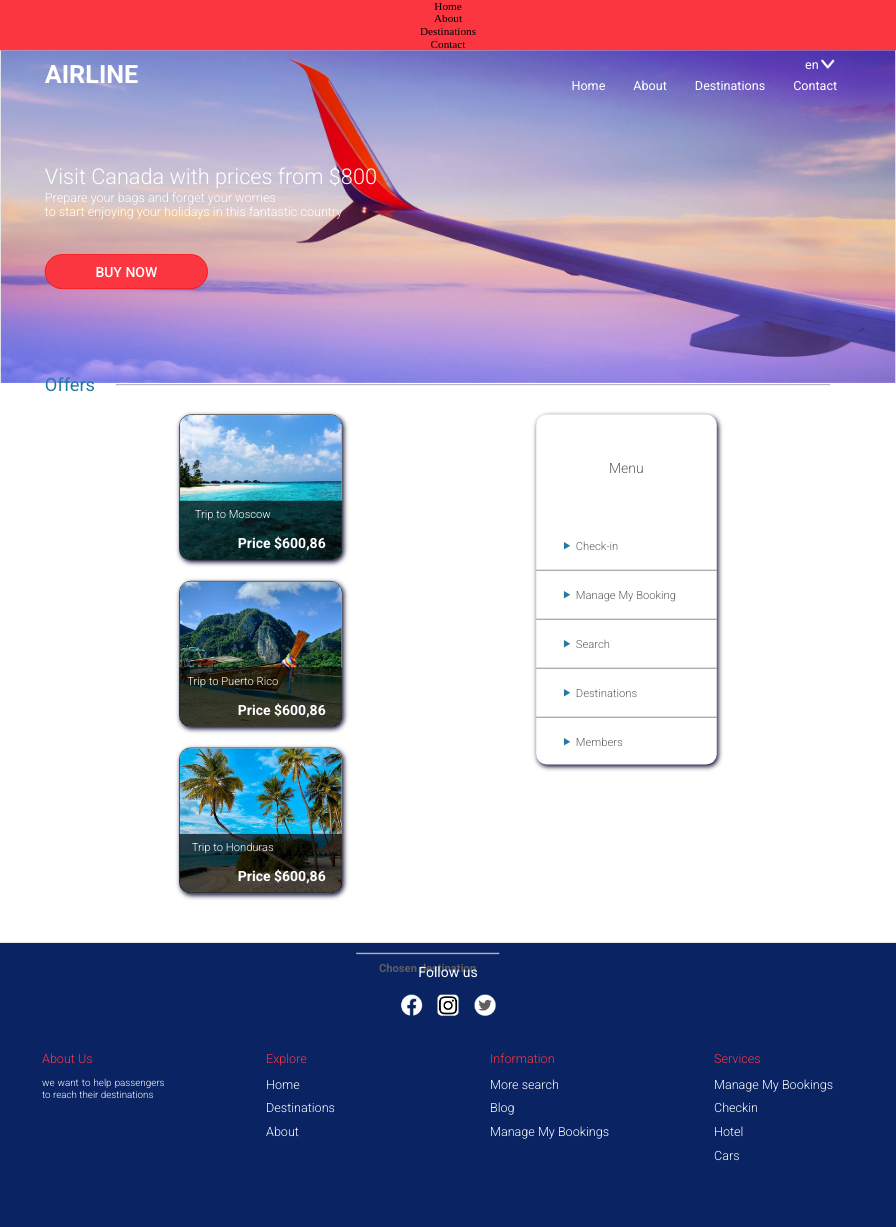
Repository: Cherced/AIRLINES
Page: /
The author's editor kept a copy of each file at every save. The page is drawn from the files as they stood at one save, then again after the next save.
The browser window is 1280 px wide. The pictures show the whole page, at 70% of full size.
The project was rebuilt for these pictures with package versions that can differ from the ones it lists, and the page was loaded fresh each time. The framework's server and built-in components were replaced by stand-ins that run in the browser. Also part of the build but not shown: components/atoms/BannerStaff/Modal/SelectIdioms.jsx.

Above is the page before, as saved 2022-07-01 07:18:18.

### pages/_app.js
import '../sass/global.scss'

function MyApp({ Component, pageProps }) {

    return <Component {...pageProps} />

  }

  export default MyApp

### sass/global.scss
@import "./settings";
@import "./Elements/banner";
@import "./Elements/offerts";
@import "./Elements/footer";

### components/molecules/Banner.jsx
import React from 'react'
import { Header } from '../atoms/BannerStaff/Header'
import { Promotion } from '../atoms/BannerStaff/Promotion'

export const Banner = () => {
  return (
    <main className="main-Banner--Container">
        <Header/>
        <Promotion/>
    </main>
  )
}

### components/molecules/Offers.jsx
import React from 'react'
import {TripsOffer} from '../atoms/Offerts/TripsOffer'
import { Menu } from '../atoms/Offerts/Menu'

export const Offers = () => {
  return (
    <section className="offers-Section--Container">
    <div className="offers-Title--Container">
        <h1>Offers</h1> <hr />
    </div>
    <div className="offers-BoxModel--Container">
        <div className="offers-BoxModel-Content">
        <TripsOffer/>
        <hr />
        <h3>Chosen destination</h3>
        </div>
        <Menu/>
    </div>
    </section>
  )
}

### components/molecules/Footer.jsx
import React from 'react'
import { SocialMedia } from '../atoms/Footer/SocialMedia'
import { MoreToUs } from '../atoms/Footer/MoreToUs'

export const Footer = () => {
  return (
    <footer className="Footer--Container">
        <SocialMedia/>
        <MoreToUs/>
    </footer>
  )
}

### components/atoms/BannerStaff/FloatMenu.jsx
import React from 'react'

export const FloatMenu = () => {
  return (
    <nav className="FloatMenu--Container">
        <nav className="navBarFloat--Container">
            <ul className="itmes-NavbarFloat--Container">
                <li><a>Home</a></li>
                <li><a>About</a></li>
                <li><a>Destinations</a></li>
                <li><a>Contact</a></li>
            </ul>
        </nav>
    </nav>
  )
}

### sass/_settings.scss
//fonts:
@import url('https://fonts.googleapis.com/css2?family=Inter:wght@100;200;300;500;600;700;800;900&family=Roboto:ital,wght@0,100;0,300;0,400;0,500;0,700;0,900;1,100;1,300;1,400;1,500;1,700;1,900&display=swap');

$preSetFont: 'Roboto', sans-serif;

*{
    box-sizing: border-box;
    margin: 0;
    padding: 0;
}

### sass/Elements/_banner.scss
@import "../components/Banner/header";
@import "../components/Banner/floatMenu";
@import "../components/Banner/promotion";
@import "../components/Banner/modalIdioms";

.main-Banner--Container {
    height: 475px;
    width: 100%;
    background-image: url("../../public/images/plane.jpg");
    background-size: cover;
    background-repeat: no-repeat;
    display: flex;
    flex-direction: column;
    align-items: center;
}

.idiomsShower {
    margin-top: 7px;
    z-index: 3;
    position: absolute;
    left: calc(100% - 130px);
    display: flex;

    .arrowButton--Modal {
        background: transparent;
        border: none;
        text-align: left;
        font: normal normal 400 18px/22px Roboto;
        letter-spacing: 0px;
        color: #FFFFFF;
        opacity: 1;
    }

    img {
        width: 25px;
        height: 25px;


    }
    .menu-Btn{
        display: none;
    }



}

.turn {

    .arrowImg--Modal {
        width: 25px;
        height: 25px;
        transform: rotate(180deg);
        transition: all 0.5s ease-in;
    }

}


.trass {

    .arrowImg--Modal{
        width: 25px;
        height: 25px;
        transform: rotate(-360deg);
        transition: all 0.5s ease-in;
    }

}

@media screen and (max-width: 768px) {
    .idiomsShower{
        left: calc(100% - 100px);
    }
}


@media screen and (max-width: 500px) {
    .idiomsShower{
        margin-top: 15px;
        left: calc(100% - 100px);
        .menu-Btn{
            display: block;
            margin-left: 15px;
        }

    }
}


@media screen and (max-width: 425px) {
    .idiomsShower{
        left: calc(100% - 100px);
    }
}

### sass/components/Banner/_header.scss
.header--Container {
    width: 90%;
    height: 70px;
    display: flex;
    align-items: center;
    justify-content: space-between;

    h1 {
        font-family: $preSetFont;
        font-size: 36px;
        text-align: left;
        color: white;
        letter-spacing: 0px;
    }

    .navBar--Container {
        color: white;
        opacity: 1;

        .itmes-Navbar--Container {
            list-style: none;
            display: flex;
            height: 70px;

            li {
                width: auto;
                padding: 40px 20px 0 20px;

                a {
                    font-family: $preSetFont;
                    font-size: 18px;
                    letter-spacing: 0px;
                }

                a:hover {
                    border-bottom: 2px solid white;
                }
            }
        }
    }
}


@media screen and (max-width: 500px) {
    .header--Container {
        .navBar--Container {
            display: none;
        }
    }
}


@media screen and (max-width: 425px) {
    .header--Container {
        width: 80%;
        height: 40px;
        display: flex;
        align-items: center;
        justify-content: space-between;
        flex-direction: column;

        h1 {
            font-family: $preSetFont;
            font-size: 36px;
            text-align: left;
            color: white;
            letter-spacing: 0px;
            margin-top: 10px;
            margin-right: 210px;
        }

        .navBar--Container {
            color: white;
            opacity: 1;

            .itmes-Navbar--Container {
                list-style: none;
                display: flex;
                height: 70px;

                li {
                    width: auto;
                    padding: 20px 10px 0 10px;

                    a {
                        font-family: $preSetFont;
                        font-size: 14px;
                        letter-spacing: 0px;
                    }

                    a:hover {
                        border-bottom: 2px solid white;
                    }
                }
            }
        }
    }
}



@media screen and (max-width: 320px) {
    .header--Container {
        width: 80%;
        height: 40px;
        display: flex;
        align-items: center;
        justify-content: space-between;
        flex-direction: column;

        h1 {
            font-family: $preSetFont;
            font-size: 36px;
            text-align: left;
            color: white;
            letter-spacing: 0px;
            margin-top: 10px;
            margin-right: 150px;
        }

        .navBar--Container {
            color: white;
            opacity: 1;

            .itmes-Navbar--Container {
                list-style: none;
                display: flex;
                height: 70px;

                li {
                    width: auto;
                    padding: 20px 10px 0 10px;

                    a {
                        font-family: $preSetFont;
                        font-size: 14px;
                        letter-spacing: 0px;
                    }

                    a:hover {
                        border-bottom: 2px solid white;
                    }
                }
            }
        }
    }

}

### sass/components/Banner/_floatMenu.scss
.FloatMenu--Container{
    width: 100%;
    height: 100%;
    .navBarFloat--Container{
        background: #FB3640;
        .itmes-NavbarFloat--Container{
            display: flex;
            flex-direction: column;
            align-items: center;
            list-style: none;
        }
    }
}

### sass/components/Banner/_promotion.scss
.promotions--Container {
    height: 405px;
    width: 90%;
    display: flex;
    flex-direction: column;
    align-items: flex-start;
    margin-top: 92px;

    h1 {
        text-align: left;
        font-family: $preSetFont;
        font-size: 31px;
        font-weight: 300;
        letter-spacing: 0px;
        opacity: 1;
        color: white;
    }

    p {
        width: 440px;
        text-align: left;
        font-family: $preSetFont;
        font-size: 18px;
        font-weight: 300;
        letter-spacing: 0px;
        color: #FFFFFF;
        opacity: 1;
    }

    .buyNowBtn {
        margin-top: 50px;
        background: #FB3640;
        width: 233px;
        height: 50px;
        font-family: $preSetFont;
        text-align: center;
        font: normal normal 500 20px/24px Roboto;
        letter-spacing: 0px;
        color: #FFFFFF;
        opacity: 1;
        border-radius: 60px;
        border: 1px solid red;
    }
}

@media screen and (max-width: 425px) {
    .promotions--Container {
        height: 405px;
        width: 80%;
        display: flex;
        flex-direction: column;
        align-items: center;
        margin-top: 92px;

        h1 {
            text-align: left;
            font-family: $preSetFont;
            font-size: 31px;
            font-weight: 300;
            letter-spacing: 0px;
            opacity: 1;
            color: white;
            margin-bottom: 30px;
        }

        p {
            width: 345px;
            text-align: left;
            font-family: "Roboto", sans-serif;
            font-size: 18px;
            font-weight: 300;
            letter-spacing: 0px;
            color: #FFFFFF;
            opacity: 1;
        }

        .buyNowBtn {
            margin-top: 50px;
            background: #FB3640;
            width: 233px;
            height: 50px;
            font-family: $preSetFont;
            text-align: center;
            font: normal normal 500 20px/24px Roboto;
            letter-spacing: 0px;
            color: #FFFFFF;
            opacity: 1;
            border-radius: 60px;
            border: 1px solid red;
        }
    }
}


@media screen and (max-width: 320px) {
    .promotions--Container {
        height: 405px;
        width: 80%;
        display: flex;
        flex-direction: column;
        align-items: center;
        margin-top: 92px;

        h1 {
            text-align: left;
            font-family: $preSetFont;
            font-size: 31px;
            font-weight: 300;
            letter-spacing: 0px;
            opacity: 1;
            color: white;
            margin-bottom: 30px;
        }

        p {
            width: 290px;
            text-align: left;
            font-family: "Roboto", sans-serif;
            font-size: 18px;
            font-weight: 300;
            letter-spacing: 0px;
            color: #FFFFFF;
            opacity: 1;
        }

        .buyNowBtn {
            margin-top: 50px;
            background: #FB3640;
            width: 233px;
            height: 50px;
            font-family: $preSetFont;
            text-align: center;
            font: normal normal 500 20px/24px Roboto;
            letter-spacing: 0px;
            color: #FFFFFF;
            opacity: 1;
            border-radius: 60px;
            border: 1px solid red;
        }
    }
}

### sass/components/Banner/_modalIdioms.scss
.ModalContainer {
    background-color: rgba(0, 0, 0, 0.5);
    display: flex;
    justify-content: center;
    align-items: center;
    box-shadow: 0px 10px 10px rgba(0, 0, 0, 8.5);
    position: fixed;
    top: -10px;
    left: -10px;
    right: -10px;
    bottom: -10px;

    .select-Idiom--Modal {
        position: absolute;
        top: 55px;
        left: calc(100% - 260px);
        width: 145px;
        height: 110px;
        background: white;
        display: flex;
        flex-direction: column;
        align-items: center;
        justify-content: center;
        list-style: none;
        text-align: left;
        border-radius: 15px;
        box-shadow: 2px 3px 8px #000029;

        li {
            width: 80%;
            text-align: left;
            font: normal normal normal 18px/22px Roboto;
            letter-spacing: 0px;
            color: #247BA0;
            opacity: 1;
            padding: 5px 0;
        }
    }
}

@media screen and (max-width: 768px) {
    .ModalContainer{
        .select-Idiom--Modal{
            left: calc(100% - 225px);
        }
    }
}


@media screen and (max-width: 425px) {
    .ModalContainer{
        .select-Idiom--Modal{
            left: calc(100% - 190px);
        }
    }
}

### sass/Elements/_footer.scss
@import "../components/Footer/socialMedia";
@import "../components/Footer/moreToUs";

.Footer--Container{
    width: 100%;
    height: 406px;
    background: #0A2463;
}

@media screen and (max-width: 425px) {
    .Footer--Container{
        height: 850px;
    }
}

### sass/components/Footer/_socialMedia.scss
.SocialMedia--Container {
    display: flex;
    flex-direction: column;
    width: 100%;
    align-items: center;
    justify-content: center;

    h1 {
        margin-top: 30px;
        text-align: left;
        font: normal normal 400 20px/24px Roboto;
        letter-spacing: 0px;
        color: #FFFFFF;
        opacity: 1;
    }

    .iconsSocialMedia--Container {
        margin-top: 20px;
        display: flex;
        width: 180px;
        justify-content: space-evenly;

        img {
            width: 30px;
            height: 30px;
        }
    }
}

@media screen and (max-width: 425px) {
    .SocialMedia--Container {
        margin-bottom: 20px;
    }
}

### sass/components/Footer/_moreToUs.scss
.footerNavBar--Container {
    display: flex;
    height: 60%;
    width: 100%;
    justify-content: space-around;
    align-items: center;

    .navbar-Item-Content {
        width: 90%;
        height: 100%;
        margin-top: 100px;
        margin-left: 60px;

        h1 {
            color: #FB3640;
            text-align: left;
            font: normal normal 300 18px/22px Roboto;
            letter-spacing: 0px;
            color: #FB3640;
            opacity: 1;
            margin-bottom: 15px;
        }

        p {
            text-align: left;
            font: normal normal 300 14px/17px Roboto;
            letter-spacing: 0px;
            color: #FFFFFF;
            opacity: 1;
            text-align: justify;
            padding-right: 85px;
        }

        ul {
            list-style-type: none;

            li {
                color: #FFFFFF;
                margin-bottom: 12px;

                a {
                    text-align: left;
                    font: normal normal 300 18px/22px Roboto;
                    letter-spacing: 0px;
                    color: #FFFFFF;
                    opacity: 1;
                }
            }
        }
    }
}

@media screen and (max-width: 425px) {
    .footerNavBar--Container {
        display: flex;
        height: 60%;
        width: 100%;
        justify-content: space-around;
        align-items: center;
        flex-wrap: wrap;
        .navbar-Item-Content {
            width: 90%;
            height: 150px;
            margin-top: 20px;
            margin-left: 70px;
        }
    }


}

### components/atoms/BannerStaff/Header.jsx
import React from 'react'

export const Header = () => {
  return (
    <header className="header--Container">
        <h1>AIRLINE</h1>
        <nav className="navBar--Container">
            <ul className="itmes-Navbar--Container">
                <li><a>Home</a></li>
                <li><a>About</a></li>
                <li><a>Destinations</a></li>
                <li><a>Contact</a></li>
            </ul>
        </nav>
    </header>
  )
}

### components/atoms/BannerStaff/Promotion.jsx
import React from 'react'

export const Promotion = () => {
  return (
    <div className="promotions--Container">
        <h1>Visit Canada with prices from $800</h1>
        <p>Prepare your bags and forget your worries</p>
        <p> to start enjoying your holidays in this fantastic country</p>
        <button className="buyNowBtn" type="button">BUY NOW</button>
    </div>
  )
}

### components/atoms/Offerts/TripsOffer.jsx
import React from 'react'

export const TripsOffer = () => {
  return (
    <div className="promotional-Cards--Container">
        <div className="promotionalCard">
            <img src="/images/moscow.jpg" alt="moscu"/>
            <div className="promotionalCard--Info">
                <p>
                Trip to Moscow
                </p>
                <h1>Price $600,86</h1>
            </div>
        </div>
        <div className="promotionalCard">
            <img src="/images/puerto-rico.jpg" alt="puerrtorro"/>
            <div className="promotionalCard--Info">
                <p>
                Trip to Puerto Rico
                </p>
                <h1>Price $600,86</h1>
            </div>
        </div>
        <div className="promotionalCard">
            <img src="/images/honduras.jpg" alt="honduras"/>
            <div className="promotionalCard--Info">
                <p>
                Trip to Honduras
                </p>
                <h1>Price $600,86</h1>
            </div>
        </div>
    </div>
  )
}

### components/atoms/Offerts/Menu.jsx
import React from 'react'

export const Menu = () => {
  return (
    <aside className="menuAside--Container">
        <h1>Menu</h1>
        <nav className="menuAside-Navbar--Container" id="EXPECIFFFYYY">
        <ul className="list-Items--Container">
            <li><a>Check-in</a></li>
            <li><a>Manage My Booking</a></li>
            <li><a>Search</a></li>
            <li><a>Destinations</a></li>
            <li><a>Members</a></li>
        </ul>
        </nav>
    </aside>
  )
}

### components/atoms/Footer/SocialMedia.jsx
import React from 'react'

export const SocialMedia = () => {
  return (
    <div className="SocialMedia--Container">
        <h1>Follow us</h1>
        <div className="iconsSocialMedia--Container">
            <img src="/images/facebook.png" alt="facebook" />
            <img src="/images/instagram.png" alt="instagram" />
            <img src="/images/twitter.png" alt="tweiter" />
        </div>
    </div>
  )
}

### components/atoms/Footer/MoreToUs.jsx
import React from 'react'

export const MoreToUs = () => {
  return (
    <section className="footerNavBar--Container">
        <nav className="navbar-Item-Content">
            <h1>About Us</h1>
            <p><a>we want to help passengers to reach their destinations</a></p>
        </nav>
        <nav className="navbar-Item-Content">
            <h1>Explore</h1>
            <ul>
                <li><a>Home</a></li>
                <li><a>Destinations</a></li>
                <li><a>About</a></li>
            </ul>
        </nav>
        <nav className="navbar-Item-Content">
            <h1>Information</h1>
            <ul>
            <li><a>More search</a></li>
            <li><a>Blog</a></li>
            <li><a>Manage My Bookings</a></li>
            </ul>
        </nav>
        <nav className="navbar-Item-Content">
            <h1>Services</h1>
            <ul>
            <li><a>Manage My Bookings</a></li>
            <li><a>Checkin</a></li>
            <li><a>Hotel</a></li>
            <li><a>Cars</a></li>
            </ul>
        </nav>
    </section>
  )
}

Loaded but not shown: pages/index.js (37 lines, source omitted); components/atoms/BannerStaff/Modal/ModalPortal.js (13 lines, source omitted); pages/_document.js (16 lines, source omitted); sass/Elements/_offerts.scss (525 lines, source omitted)

After the next save:
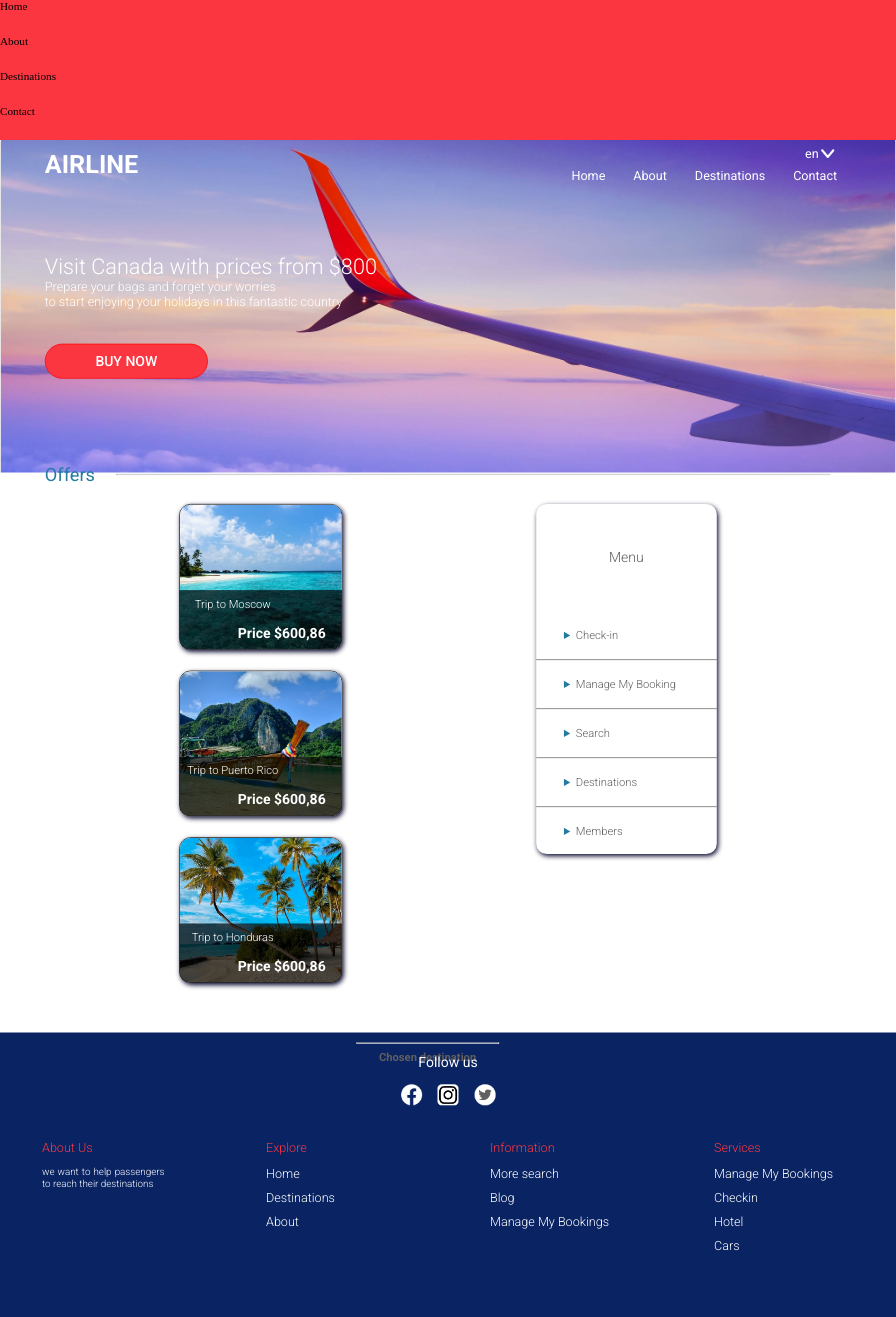
Saved 27 s later.
--- a/sass/components/Banner/_floatMenu.scss
+++ b/sass/components/Banner/_floatMenu.scss
@@ -8,6 +8,10 @@
             flex-direction: column;
             align-items: center;
             list-style: none;
+            li{
+                width: 100%;
+                height: 50px;
+            }
         }
     }
 }
